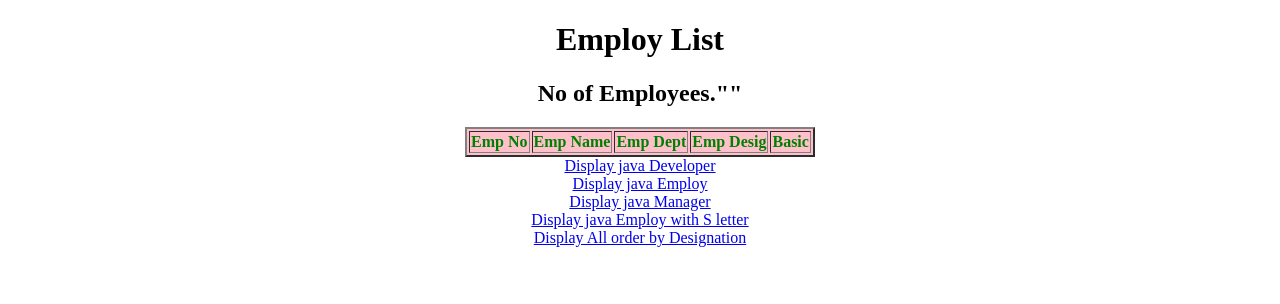
Repository: 1919satya/documents1-2
Page: http://localhost/springData/WEB-INF/views/home.jsp
The author's editor kept a copy of each file at every save. The page is drawn from the files as they stood at one save, then again after the next save.
The browser window is 1280 px wide. The pictures show the whole page.
The page is served by Tomcat 9. Nobody is signed in. Other server files are loaded and not shown. The template is opened directly, without the code that normally fills it, so the values that code supplies are empty.

Above is the page before, as saved 2019-10-16 03:59:27.

### AdvanceSpring/springData/src/main/webapp/WEB-INF/views/home.jsp
<%@page contentType="text/html" pageEncoding="UTF-8"%>
<!DOCTYPE HTML PUBLIC "-//W3C//DTD HTML 4.01 Transitional//EN"
   "http://www.w3.org/TR/html4/loose.dtd">
<%@ taglib uri="http://java.sun.com/jsp/jstl/core" prefix="c"%>
<%@ taglib uri="http://www.springframework.org/tags/form" prefix="form"%>
<html>
<head>
<meta http-equiv="Content-Type" content="text/html; charset=ISO-8859-1">
<title>Insert title here</title>
</head>
<body>
	<div align="center">
		<h1>Employ List</h1>
		<h2>No of Employees."${listEmploy.size()}"</h2>
		<table border=2, bgcolor="pink">

			<th style="color: green">Emp No</th>
			<th style="color: green">Emp Name</th>
			<th style="color: green">Emp Dept</th>
			<th style="color: green">Emp Desig</th>
			<th style="color: green">Basic</th>

			<c:forEach var="emp" items="${listEmploy}">
				<tr>
					<td>${emp.empno}</td>
					<td>${emp.name}</td>
					<td>${emp.dept}</td>
					<td>${emp.desig}</td>
					<td>${emp.basic}</td>
				</tr>
			</c:forEach>
		</table>
		<a href="/displayjavadeveloper" />Display java Developer </a></br>
		<a href="/displayjavaemploy" />Display java Employ </a></br>
		<a href="/displayjavamanager" />Display java Manager </a></br>
		<a href="/displayjavawithS" />Display java Employ with S letter </a></br>
		<a href="/displayAllSortByDesign" />Display All order by Designation </a></br>
	</div>

</body>
</html>

After the next save:
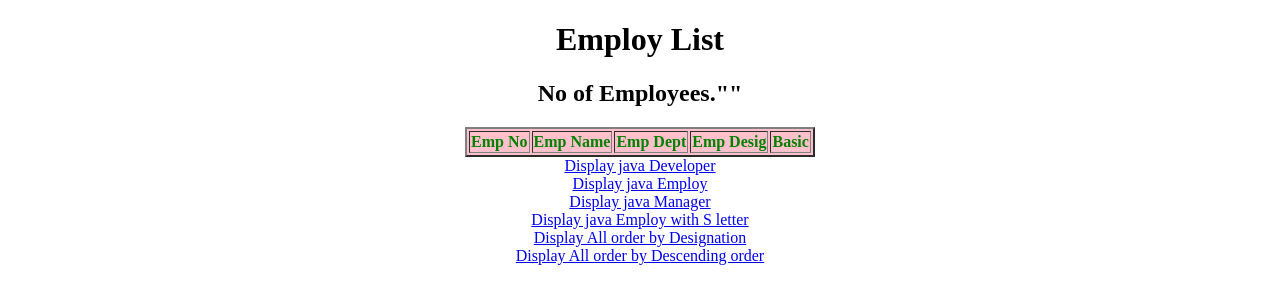
Saved 5 min 52 s later.
--- a/AdvanceSpring/springData/src/main/webapp/WEB-INF/views/home.jsp
+++ b/AdvanceSpring/springData/src/main/webapp/WEB-INF/views/home.jsp
@@ -35,6 +35,7 @@
 		<a href="/displayjavamanager" />Display java Manager </a></br>
 		<a href="/displayjavawithS" />Display java Employ with S letter </a></br>
 		<a href="/displayAllSortByDesign" />Display All order by Designation </a></br>
+		<a href="/displayAllSortByDescending" />Display All order by Descending order </a></br>
 	</div>
 
 </body>
